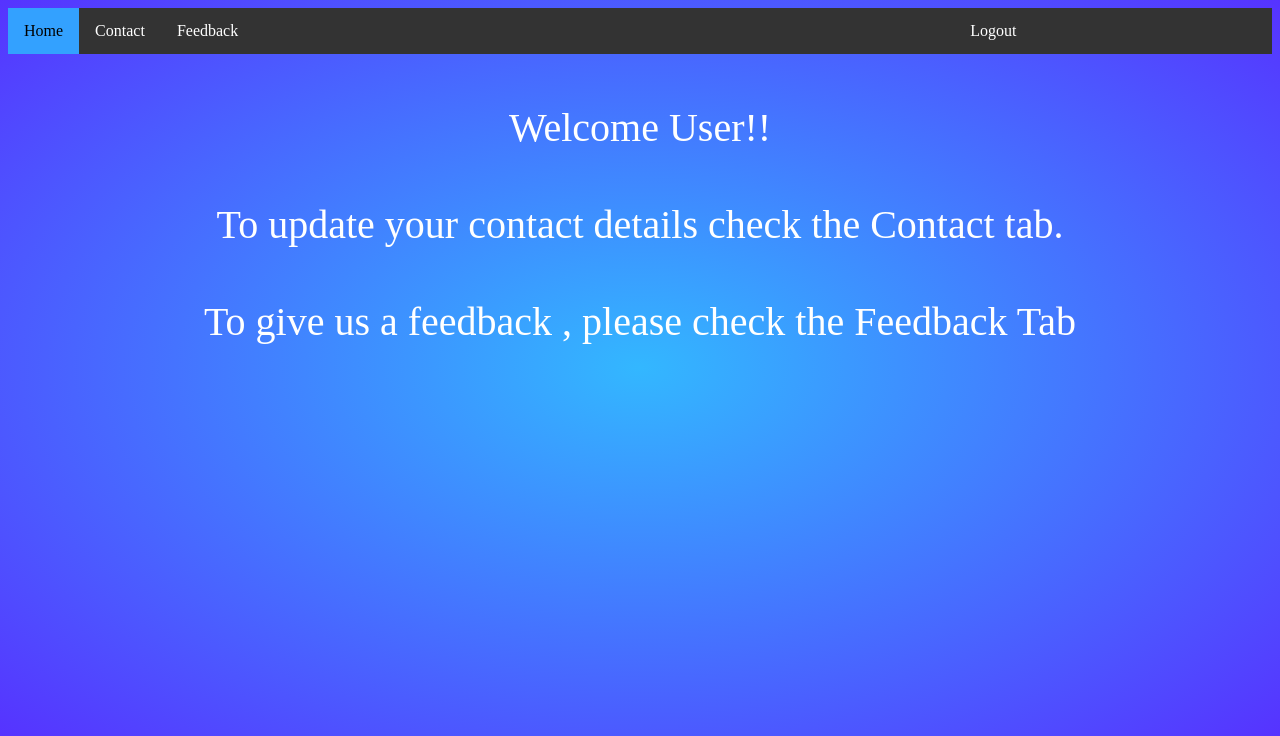
Repository: ShreyasG27/Amdocs-Training
Page: http://localhost/elearning-frontend/afteruserlogin.jsp
These files come from the project's save history. The page is drawn as it stood at one moment and after the next save; the edit follows.
The browser window is 1280 px wide. The pictures show the whole page.
The page is served by Tomcat 9. Nobody is signed in. The application's start-up code is not run.

Above is the page before, as saved 2021-08-23 05:41:11.

After the next save:
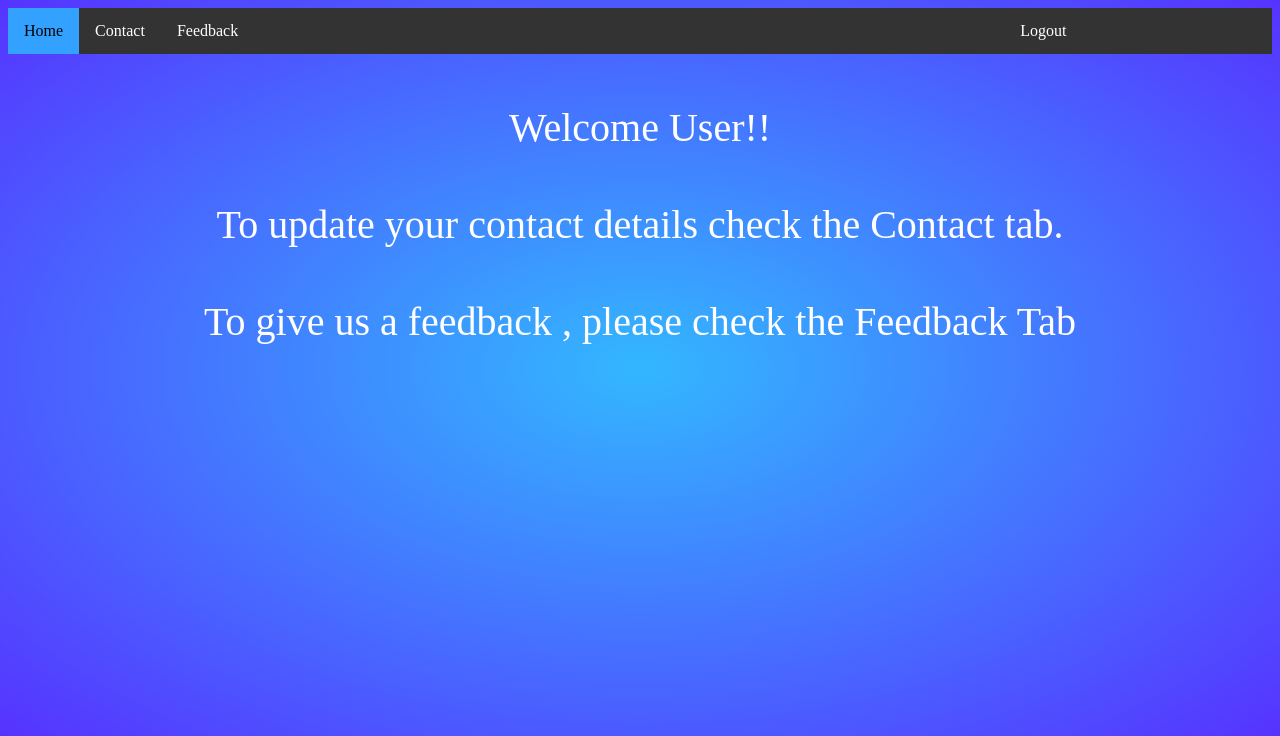
Saved 31 s later.
--- a/elearning-frontend/WebContent/afteruserlogin.jsp
+++ b/elearning-frontend/WebContent/afteruserlogin.jsp
@@ -94,7 +94,7 @@ li a:hover:not(.active) {
 <li><a class="active" href="afteruserlogin.jsp">Home</a></li>
   <li><a href="contact.jsp">Contact</a></li>
   <li><a href="feedback.jsp">Feedback</a></li>
-  <li><a href="index.jsp" style="margin-left:700px;">Logout</a></li>
+  <li><a href="index.jsp" style="margin-left:750px;">Logout</a></li>
 </ul>
 <center><p class="heading">Welcome User!!</p></center>
 <center><p class="heading">To update your contact details check the Contact tab.</p></center>
